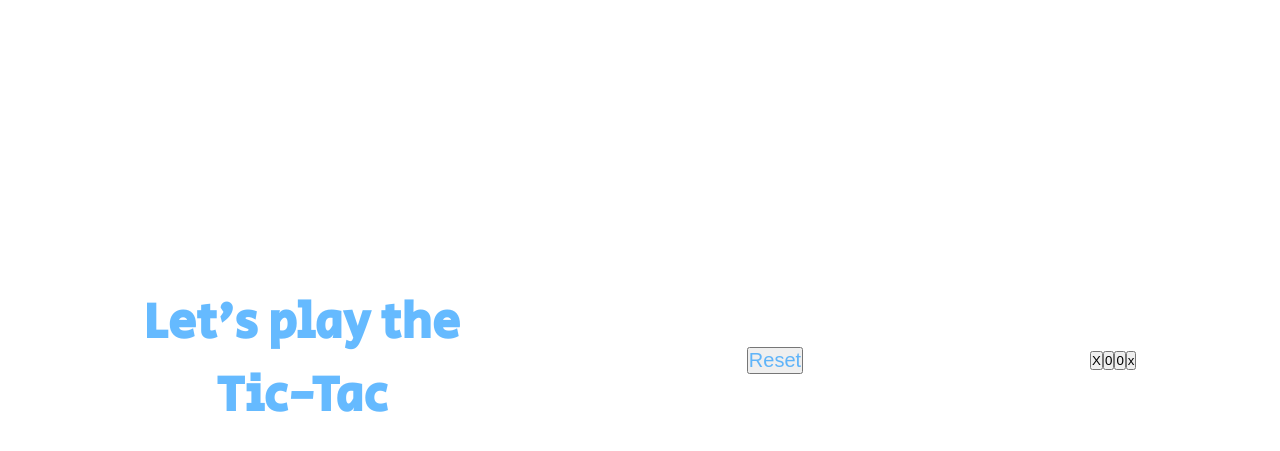
Repository: evergreenx/tic-tac
Page: /
An editor plug-in stored every save of this project. The page is shown before and after a run of saves, followed by the edit.
The browser window is 1280 px wide. The pictures show the whole page.
The project was rebuilt for these pictures with package versions that can differ from the ones it lists, and the page was loaded fresh each time.

Above is the page before, as saved 2022-04-21 04:04:15.

### src/index.scss
@import url("https://fonts.googleapis.com/css2?family=Anton&family=Secular+One&display=swap");

* {
  margin: 0;
  padding: 0;
  box-sizing: border-box;
}

body {
  font-family: "Secular One", sans-serif;
}

.App {
  display: flex;
  flex-direction: row;
  align-items: center;
  justify-content: space-around;
  height: 100vh;
}
.heading {
  color: #008cff9a;
  font-size: 50px;
}

.reset--button--text{
  color: #008cff9a;
  font-size: 20px;
}

@media (max-width: 768px) {
  .App {
    flex-direction: column;
  }
}

### src/App.js
import "./App.css";
import Board from "./components/Board";

function App() {
  return (
    <section className="App">



      <h1 className="heading">
        Let's play the <br /> Tic-Tac
      </h1>
      <div class="reset--button">
        <button class="reset--button--text">Reset</button>
      </div>
      <Board />
    </section>
  );
}

export default App;

### src/components/Board.jsx
import React from "react";
import './Board.scss'

function Board() {
  return (
    <div className="board">
      <button>X</button>

      <button>0</button>

      <button>0</button>

      <button>x</button>
    </div>
  );
}

export default Board;

### src/components/Board/Board.scss
.board {
  display: flex;
  flex-direction: row;
}

Loaded but not shown: public/index.html (common file); src/index.js (common file); src/reportWebVitals.js (common file); src/App.css (common file)

After the next 2 saves:
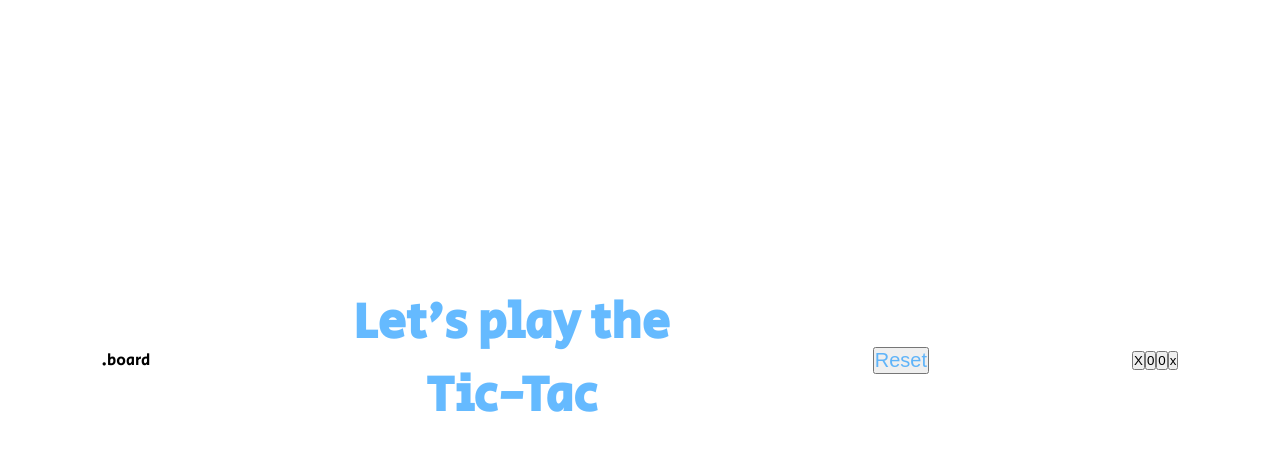
The 2 saves are shown as one change because they came seconds apart.
The last was saved 65 s later.
--- a/src/App.js
+++ b/src/App.js
@@ -6,7 +6,7 @@ function App() {
     <section className="App">
 
 
-
+      .board
       <h1 className="heading">
         Let's play the <br /> Tic-Tac
       </h1>
